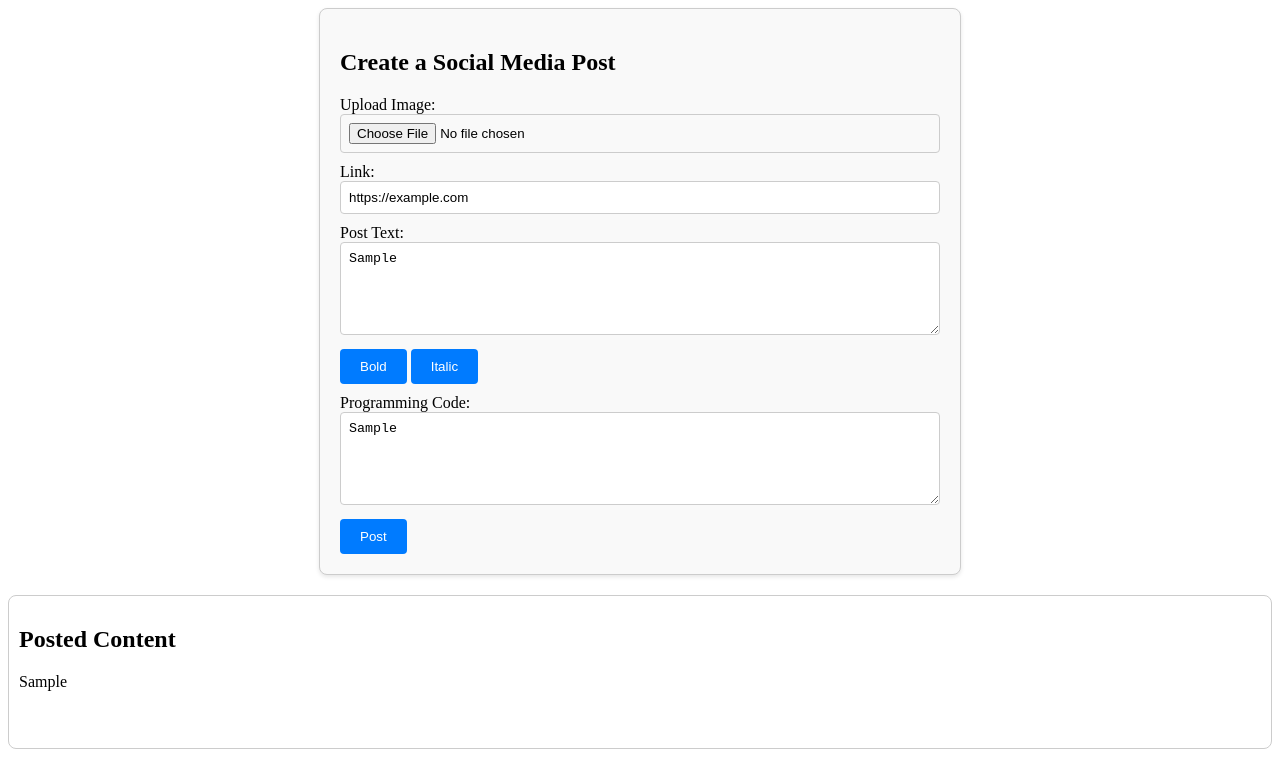
Repository: jaseem1999/sdCommunity
Page: http://localhost/sdCommunity/UserPost.jsp
An editor plug-in stored every save of this project. The page is shown before and after the next save, followed by the edit.
The browser window is 1280 px wide. The pictures show the whole page.
Empty fields were first filled with sample values (such as "Sample", 5 or name@example.com).
After loading, the first visible `form` was submitted once.
The page is served by Tomcat 9. Other server files are loaded and not shown.

Above is the page before, as saved 2023-09-29 14:20:32.

### sdCommunity/src/main/webapp/UserPost.jsp
<%@ page language="java" contentType="text/html; charset=ISO-8859-1"
    pageEncoding="ISO-8859-1"%>
<!DOCTYPE html>
<html lang="en">
<head>
<meta charset="UTF-8">
<title>Insert title here</title>
<style>
    .post-form {
        max-width: 600px;
        margin: auto;
        padding: 20px;
        background-color: #f9f9f9;
        border: 1px solid #ccc;
        border-radius: 8px;
        box-shadow: 0 2px 4px rgba(0,0,0,0.1);
    }
    input, textarea, select {
        width: 100%;
        padding: 8px;
        margin-bottom: 10px;
        border: 1px solid #ccc;
        border-radius: 4px;
        box-sizing: border-box;
    }
    button {
        padding: 10px 20px;
        background-color: #007bff;
        color: #fff;
        border: none;
        border-radius: 4px;
        cursor: pointer;
    }
    button:hover {
        background-color: #0056b3;
    }
    .format-options {
        margin-bottom: 10px;
    }
    .post-display {
        margin-top: 20px;
        border: 1px solid #ccc;
        padding: 10px;
        background-color: #fff;
        border-radius: 8px;
    }
</style>
</head>
<body>
    <div class="post-form">
        <h2>Create a Social Media Post</h2>
        <form>
            <label for="image">Upload Image:</label>
            <input type="file" id="image" name="image" accept="image/*"><br>

            <label for="link">Link:</label>
            <input type="url" id="link" name="link"><br>

            <label for="text">Post Text:</label>
            <textarea id="text" name="text" rows="5"></textarea><br>

            <div class="format-options">
                <button type="button" onclick="makeBold()">Bold</button>
                <button type="button" onclick="makeItalic()">Italic</button>
            </div>

            <label for="code">Programming Code:</label>
            <textarea id="code" name="code" rows="5"></textarea><br>

            <button type="submit">Post</button>
        </form>
    </div>

    <div class="post-display" id="postDisplay">
        <h2>Posted Content</h2>
        <div id="displayContent">
        	<p id=textShow></p>
        	<a href="" id="showLink"></a>
        	<img alt="" src="" id="imgShow">
        	<pre id="showCode"></pre>
        </div>
    </div>

    <script>
        function makeBold() {
            var textarea = document.getElementById('text');
            var selectedText = textarea.value.substring(textarea.selectionStart, textarea.selectionEnd);
            var beforeText = textarea.value.substring(0, textarea.selectionStart);
            var afterText = textarea.value.substring(textarea.selectionEnd);
            textarea.value = beforeText + '<b>' + selectedText + '</b>' + afterText;
        }

        function makeItalic() {
            var textarea = document.getElementById('text');
            var selectedText = textarea.value.substring(textarea.selectionStart, textarea.selectionEnd);
            var beforeText = textarea.value.substring(0, textarea.selectionStart);
            var afterText = textarea.value.substring(textarea.selectionEnd);
            textarea.value = beforeText + '<i>' + selectedText + '</i>' + afterText;
        }

        document.querySelector('form').addEventListener('submit', function(e) {
            e.preventDefault();

            // Get form values
            var image = document.getElementById('image').value;
            var link = document.getElementById('link').value;
            var text = document.getElementById('text').value;
            var code = document.getElementById('code').value;

            // Display the content

            if (image) {
            	document.getElementById("imgShow").src = image;
            }
            if (link) {
            	document.getElementById("showLink").href = link;
            }
            if (text) {
            	 document.getElementById("textShow").innerHTML = text;
            }
            if (code) {
                displayContent.innerHTML += `<pre><code>${code}</code></pre>`;
            }

            // Scroll to the display section
            document.getElementById('postDisplay').scrollIntoView({ behavior: 'smooth' });
        });
    </script>
</body>
</html>

After the next save:
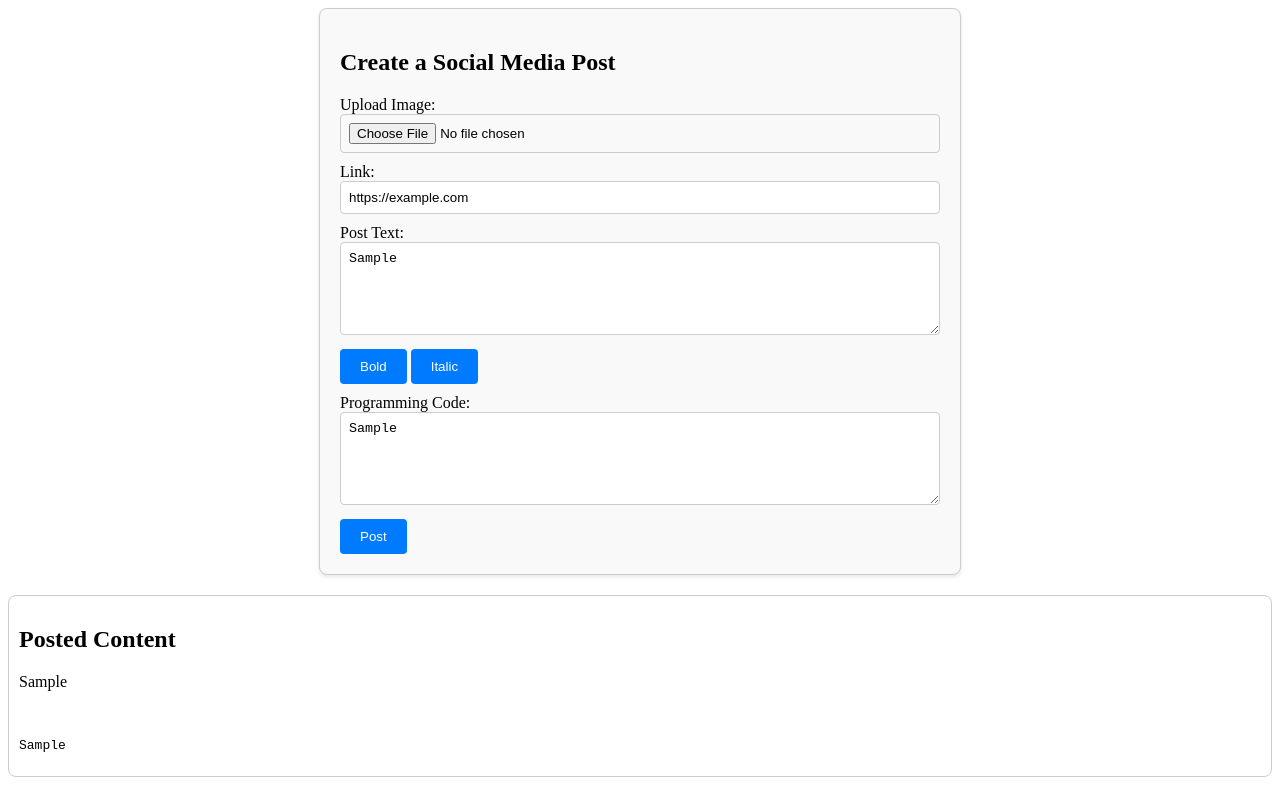
Saved 30 s later.
--- a/sdCommunity/src/main/webapp/UserPost.jsp
+++ b/sdCommunity/src/main/webapp/UserPost.jsp
@@ -119,7 +119,7 @@
             	 document.getElementById("textShow").innerHTML = text;
             }
             if (code) {
-                displayContent.innerHTML += `<pre><code>${code}</code></pre>`;
+            	document.getElementById("showCode").textContent = code;
             }
 
             // Scroll to the display section
